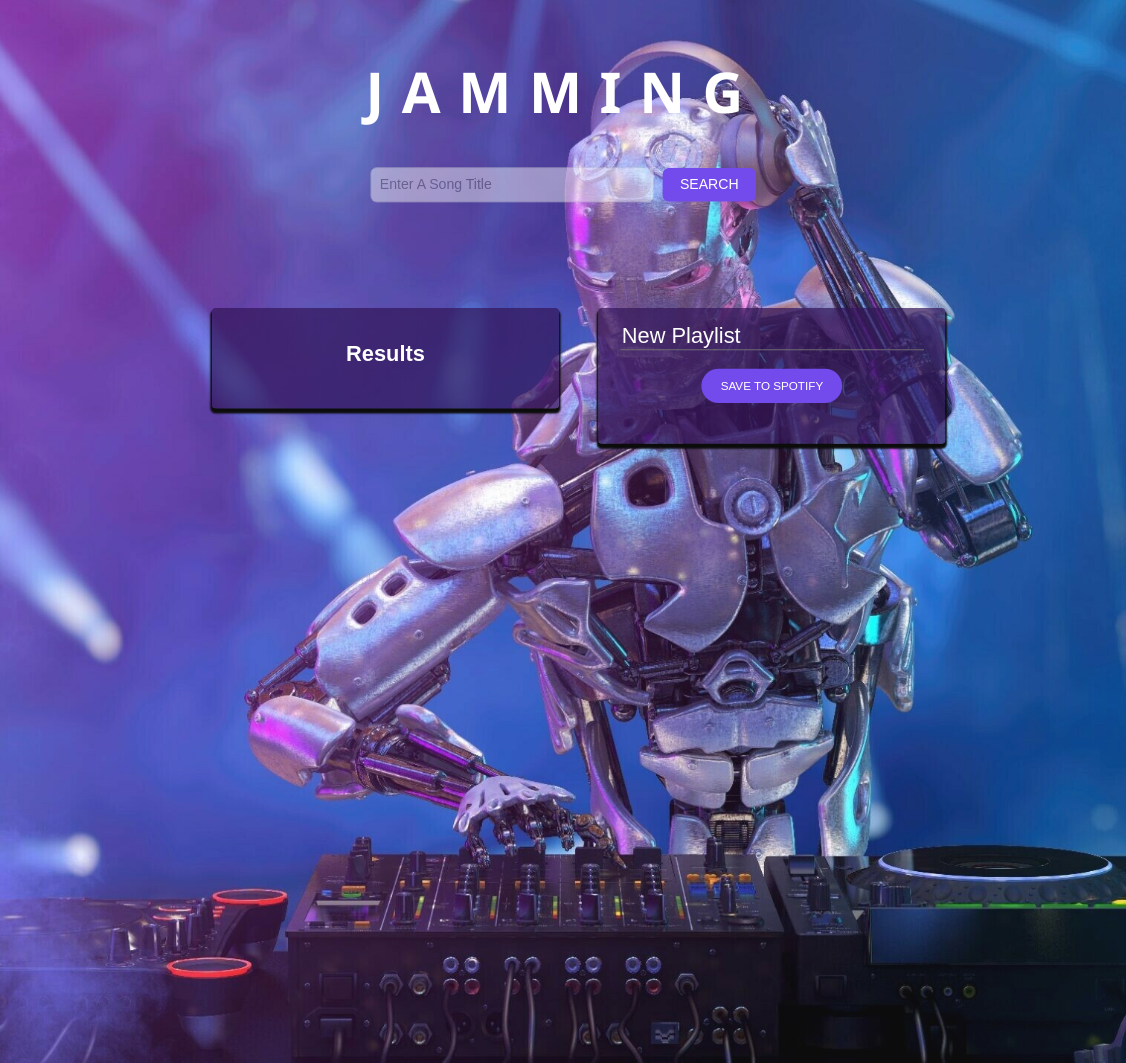
Repository: LolaSL/jamming
Page: /
The author's editor kept a copy of each file at every save. The page is drawn from the files as they stood at one save, then again after the next save.
The browser window is 1280 px wide. The pictures show the whole page, at 88% of full size.
The project was rebuilt for these pictures with package versions that can differ from the ones it lists, and the page was loaded fresh each time. Also part of the build but not shown: src/components/Track/Track.css, src/components/Track/Track.jsx.

Above is the page before, as saved 2023-06-23 18:20:01.

### src/App/App.js
import React, { useState, useCallback } from "react";
import "./App.css";

import Playlist from "../components/PlayList/PlayList.jsx";
import SearchBar from "../components/SearchBar/SearchBar";
import SearchResults from "../components/SearchResults/SearchResults";
import Spotify from "../utils/Spotify";

const App = () => {
  const [searchResults, setSearchResults] = useState([]);
  const [playlistName, setPlaylistName] = useState("New Playlist");
  const [playlistTracks, setPlaylistTracks] = useState([]);

  const search = useCallback(async (term) => {
    const results = await Spotify.search(term);
    setSearchResults(results);
  }, []);

  const addTrack = useCallback((track) => {
    if (playlistTracks.some((savedTrack) => savedTrack.id === track.id)) {
      return;
    }
    setPlaylistTracks((prevTracks) => [...prevTracks, track]);
  }, [playlistTracks]);

  const removeTrack = useCallback((track) => {
    setPlaylistTracks((prevTracks) =>
      prevTracks.filter((currentTrack) => currentTrack.id !== track.id)
    );
  }, []);

  const updatePlaylistName = useCallback((name) => {
    setPlaylistName(name);
  }, []);

  const savePlaylist = useCallback(async () => {
    const trackUris = playlistTracks.map((track) => track.uri);
    await Spotify.savePlaylist(playlistName, trackUris);
    setPlaylistName("New Playlist");
    setPlaylistTracks([]);
  }, [playlistName, playlistTracks]);

  return (
    <div className="App-container" data-testid="app-test">
      <h1>
        Jamming
      </h1>
      <SearchBar onSearch={search} />
      <div className="App-playlist">
          <SearchResults searchResults={searchResults} onAdd={addTrack} />
          <Playlist
            playlistName={playlistName}
            playlistTracks={playlistTracks}
            onNameChange={updatePlaylistName}
            onRemove={removeTrack}
            onSave={savePlaylist}
        />
      </div>
      </div>
  );
};

export default App;
;

### src/App/App.css
body,
html,
#root {
  height: 100%;

}

/* CSS for App-container */
.App-container {
  display: flex;
  flex-direction: column;
  align-items: center;
  padding: 20px;
  background-color: #6c41ec;
  background-image: url('./background.jpg');
  height: 150%;
  padding: 0 17% 10% 17%;
  opacity: 0.95;
  background-size: cover;
  overflow: hidden;
  background-position: center;
  background-repeat: no-repeat;
  font-family: 'Work Sans', sans-serif;
  font-weight: 500;
  color: #56649f;
  text-align: center;
}

/* CSS for h1 */
h1 {
  font-family:'Segoe UI', Tahoma, Geneva, Verdana, sans-serif;
  text-transform: uppercase;
  letter-spacing: 20px;
  color: #ffffff;
  font-size: 4rem;
  margin-top: 60px;
}

/* CSS for SearchBar */
.SearchBar {
  display: flex;
  justify-content: center;
  align-items: center;
  margin-bottom: 20px;
}

/* CSS for App-playlist */
.App-playlist {
  display: grid;
  grid-template-columns: 1fr 1fr;
  grid-gap:80px;
  align-items: justify;
  margin: 60px auto;
}

/* CSS for SearchResults and Playlist components */
.SearchResults,
.Playlist {
  background-color: #fff;
  padding: 20px;
  border-radius: 4px;
  box-shadow: 0 2px 4px rgba(0, 0, 0, 0.1);
}

### src/components/PlayList/PlayList.jsx
import React, { useCallback } from "react";
import PropTypes from "prop-types";
import "./PlayList.css";
import TrackList from "../TrackList/TrackList";

const Playlist = ({
  onNameChange,
  playlistTracks,
  onRemove,
  onSave
}) => {
  const handleNameChange = useCallback((event) => {
    onNameChange(event.target.value);
  }, [onNameChange]);

  return (
    <div className="Playlist">
      <input onChange={handleNameChange} defaultValue={"New Playlist"} />
      <TrackList
        tracks={playlistTracks}
        isRemoval={true}
        onRemove={onRemove}
      />
      <button className="Playlist-save" onClick={onSave}>
        SAVE TO SPOTIFY
      </button>
    </div>
  );
};

Playlist.propTypes = {
  onNameChange: PropTypes.func,
  playlistTracks: PropTypes.array,
  onRemove: PropTypes.func,
  onSave: PropTypes.func
};

export default Playlist;

### src/components/SearchBar/SearchBar.jsx
import React, { useState, useCallback } from "react";
import "./SearchBar.css";

const SearchBar = ({ onSearch }) => {
  const [term, setTerm] = useState("");

  const handleTermChange = useCallback((event) => {
    setTerm(event.target.value);
  }, []);

  const search = useCallback(() => {
    onSearch(term);
  }, [onSearch, term]);

  return (
    <div className="SearchBar">
      <input placeholder="Enter A Song Title" onChange={handleTermChange} />
      <button className="SearchButton" onClick={search}>
        SEARCH
      </button>
    </div>
  );
};

export default SearchBar;

### src/components/SearchResults/SearchResults.jsx
import React from "react";
import "./SearchResults.css";
import TrackList from "../TrackList/TrackList";

const SearchResults = ({ searchResults, onAdd }) => {
  return (
    <div className="SearchResults">
      <h2>Results</h2>
      <TrackList tracks={searchResults} onAdd={onAdd} />
    </div>
  );
};

export default SearchResults;

### src/utils/Spotify.js
const clientId = 'a18dfb23f21c4bf69aa0c5c6ac72acdc'; // Insert client ID here.
const redirectUri = 'http://localhost:3000/'; // Have to add this to your accepted Spotify redirect URIs on the Spotify API.

let accessToken;

const Spotify = {
  getAccessToken() {
    if (accessToken) {
      return accessToken;
    }

    const accessTokenMatch = window.location.href.match(/access_token=([^&]*)/);
    const expiresInMatch = window.location.href.match(/expires_in=([^&]*)/);
    if (accessTokenMatch && expiresInMatch) {
      accessToken = accessTokenMatch[1];
      const expiresIn = Number(expiresInMatch[1]);
      window.setTimeout(() => accessToken = '', expiresIn * 1000);
      window.history.pushState('Access Token', null, '/'); // This clears the parameters, allowing us to grab a new access token when it expires.
      return accessToken;
    } else {
      const accessUrl = `https://accounts.spotify.com/authorize?client_id=${clientId}&response_type=token&scope=playlist-modify-public&redirect_uri=${redirectUri}`;
      window.location = accessUrl;
    }
  },

  async search(term) {
    const accessToken = Spotify.getAccessToken();
    const response = await fetch(`https://api.spotify.com/v1/search?type=track&q=${term}`, {
      headers: {
        Authorization: `Bearer ${accessToken}`
      }
    });
    const jsonResponse = await response.json();
    if (!jsonResponse.tracks) {
      return [];
    }
    return jsonResponse.tracks.items.map(track => ({
      id: track.id,
      name: track.name,
      artist: track.artists[0].name,
      album: track.album.name,
      popularity: track.popularity,
      uri: track.uri
    }));
  },

  savePlaylist(name, trackUris) {
    if (!name || !trackUris.length) {
      return;
    }

    const accessToken = Spotify.getAccessToken();
    const headers = { Authorization: `Bearer ${accessToken}` };
    let userId;

    return fetch('https://api.spotify.com/v1/me', { headers: headers }
    ).then(response => response.json()
    ).then(jsonResponse => {
      userId = jsonResponse.id;
      return fetch(`https://api.spotify.com/v1/users/${userId}/playlists`, {
        headers: headers,
        method: 'POST',
        body: JSON.stringify({ name: name })
      }).then(response => response.json()
      ).then(jsonResponse => {
        const playlistId = jsonResponse.id;
        return fetch(`https://api.spotify.com/v1/users/${userId}/playlists/${playlistId}/tracks`, {
          headers: headers,
          method: 'POST',
          body: JSON.stringify({ uris: trackUris })
        });
      });
    });
  }
};

export default Spotify;

### src/components/PlayList/PlayList.css
.Playlist {
    display: flex;
    flex-direction: column;
    align-items: center;
    justify-items: center;
    overflow-y: scroll;
    width: 100%;
    max-height: 900px;
    padding: 1.1rem;
    background-color: rgba(40, 9, 80, 0.7);
    box-shadow: 0 4px 2px 2px #000000;

  }

  .Playlist input {
    width: 95%;
    border: 0;
    outline: 0;
    background: transparent;
    border-bottom: 1px solid #6f6f6f;
    font-family: 'Poppins', sans-serif;
    font-size: 1.55rem;
    color: #fff;
  }

  .Playlist-save {
    cursor: pointer;
    width: 10rem;
    padding: .77rem 0;
    border-radius: 54px;
    border-width: 0px;
    margin-top: 1.27rem;
    background-color: #6c41ec;
    text-align: center;
    font-size: .83rem;
    transition: background-color .25s;
    color: #fff;
    font-weight: 500;
  }

  .Playlist-save:hover {
    background-color: rgba(108, 65, 233, .7);
  }

  ::-webkit-scrollbar {
      width: 0px;
      background: transparent;
  }

  @media screen and (min-width: 400px) {
    .Playlist {
      width: 70%;
      height: auto;
      align-items: center;
    }
  }

  @media screen and (min-width: 800px) {
    .Playlist {
      width:75%;
      height: auto;
    }
  }
  @media only screen and (max-width: 1220px) {
    .Playlist {
      width: 90%;
      height: auto;
      align-items: center;
    }
  }
  @media only screen and (max-width: 1620px) {
    .Playlist {
      width: 100%;
      height: auto;
      align-items: center;
    }
  }

### src/components/TrackList/TrackList.jsx
import React from "react";
import PropTypes from "prop-types";
import "./TrackList.css";
import Track from "../Track/Track";

const TrackList = ({ tracks, onAdd, isRemoval, onRemove }) => {
  return (
    <div className="TrackList">
      {tracks.map((track, index) => (
        <Track
          key={index}
          track={track}
          onAdd={onAdd}
          isRemoval={isRemoval}
          onRemove={onRemove}
        />
      ))}
    </div>
  );
};

TrackList.propTypes = {
  tracks: PropTypes.array,
  onAdd: PropTypes.func,
  onRemove: PropTypes.func,
  isRemoval: PropTypes.bool,
};

export default TrackList;

### src/components/SearchBar/SearchBar.css
/* CSS for SearchBar form */
.SearchBar {
  display: flex;
  align-items: center;
  margin-bottom: 60px;
}

/* CSS for input */
.SearchBar input {
  flex-grow: 1;
  padding: 10px;
  border: 1px solid #ccc;
  border-radius: 7px;
  font-size: 16px;
  margin-right: 10px;
  width:  300px;
  opacity: 0.45;
  z-index: 1;

}

/* CSS for button */
.SearchBar button {
  padding: 10px 20px;
  background-color: #6c41ec;
  color: #fff;
  border: none;
  border-radius: 4px;
  font-size: 16px;
  cursor: pointer;
  border-radius: 7px;
}

/* CSS for button hover effect */
.SearchBar button:hover {
  background-color: rgba(108, 65, 233, 0.7);
}



/* .SearchBar {
  display: flex;
  flex-direction: column;
  align-items: center;
  padding-top: 4rem;
  margin-bottom: 4rem;
}

.SearchBar input {
  width: 450px;
  height: 25px;
  padding:1rem 0;
  border: 2px solid #fff;
  border-radius: 15px;
  margin-bottom: 1rem;
  color: black;
  font-weight: 600;
  text-align: center;
  font-size: 1.5rem;
  opacity: 0.45;
  z-index: 1;
}

.SearchBar input:focus {
  outline: none;
}

.SearchButton {
  cursor: pointer;
  width: 8.11rem;
  padding: 0.77rem 0;
  border-radius: 54px;
  background-color: rgba(40, 9, 80, 0.7);
  text-align: center;
  font-size: 1rem;
  transition: background-color 0.25s;
  border: 0px;
  color: #fff;
  font-weight: 500;
}

.SearchButton:hover {
  background-color: rgba(108, 65, 233, 0.7);
} */

### src/components/SearchResults/SearchResults.css
.SearchResults {
  display: flex;
  flex-direction: column;
  align-items: left;
  overflow-y: scroll;
  width: 38%;
  max-height: 900px;
  padding: 1.1rem;
  background-color: rgba(40, 9, 80, 0.7);
  box-shadow: 0 4px 2px 2px #000000;
  gap: 10px;

  }
  h2{
    font-family: 'Poppins', sans-serif;
    color: #ffffff;
    text-align: left;
    font-size: 1.55rem;
  }
  ::-webkit-scrollbar {
      width: 0px;
      background: transparent;
  }

  /* @media only screen and (max-width: 1020px) {
    .SearchResults {
      width: 90%;
      margin-bottom:2.5rem;
    }
  } */

  @media screen and (min-width: 400px) {
    .SearchResults {
      width: 70%;
      margin-bottom:1.5rem;
      align-items: center;
    }
  }

  @media screen and (min-width: 800px) {
    .SearchResults {
      width:75%;
      margin-bottom:2rem;
      align-items: center;
    }
  }
  @media only screen and (max-width: 1220px) {
    .SearchResults {
      width: 90%;
      margin-bottom:2.5rem;
      align-items: center;
    }
  }
  @media only screen and (max-width: 1620px) {
    .SearchResults {
      width: 100%;
      margin-bottom:2.5rem;
      align-items: center;
    }
  }

### src/components/TrackList/TrackList.css
.TrackList {
    width: 100%;
    overflow-y: scroll;
  }

  @media screen and (max-width: 400px) {
    .TrackList {
      width: 70%;
      height: auto;
      align-items: center;
    }
  }

  @media screen and (max-width: 800px) {
    .TrackList {
      width:75%;
      height: auto;
      align-items: center;
    }
  }
  @media only screen and (max-width: 1220px) {
    .TrackList {
      width: 90%;
      height: auto;
      align-items: center;
    }
  }
  @media only screen and (max-width: 1620px) {
    .TrackList {
      width: 100%;
      height: auto;
      align-items: center;
    }
  }

Loaded but not shown: public/index.html (common file); src/index.js (common file); src/index.css (common file); src/reportWebVitals.js (common file)

After the next save:
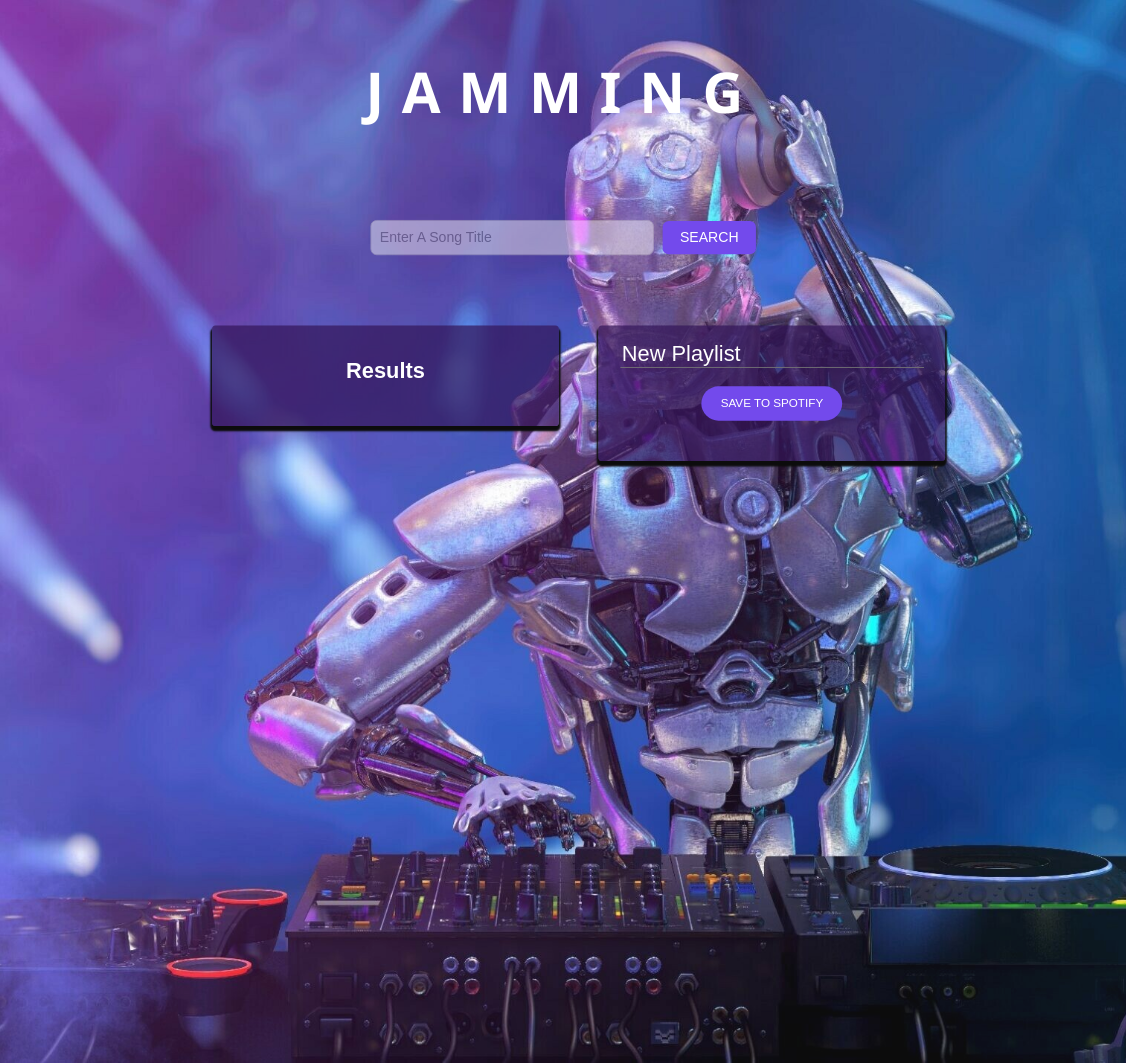
Saved 6 s later.
--- a/src/components/SearchBar/SearchBar.css
+++ b/src/components/SearchBar/SearchBar.css
@@ -2,7 +2,7 @@
 .SearchBar {
   display: flex;
   align-items: center;
-  margin-bottom: 60px;
+  margin-top: 60px;
 }
 
 /* CSS for input */
